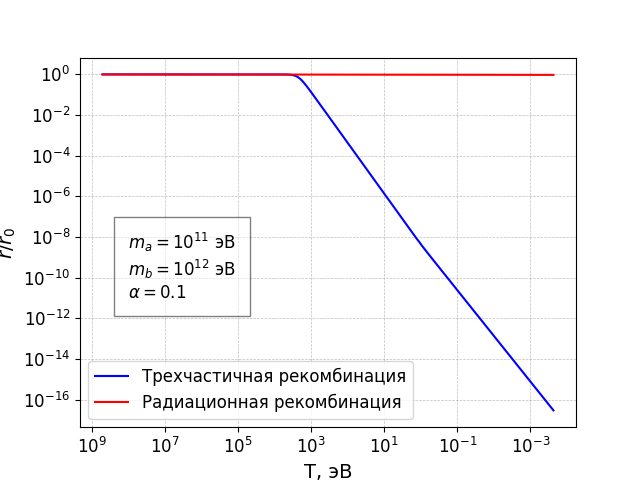
Repository: impermast/recombination
Script's output: python raschet/rec.py
An editor plug-in stored every save of this project. The script's output is shown before and after the next save, followed by the edit.
Random numbers start from a fixed seed.

Above is the script's output before, as saved 2023-05-17 15:57:30.

### raschet/rec.py

from math import gamma as Gamma
import numpy as np
from numpy import sqrt as sqrt
import matplotlib.pyplot as plt
from matplotlib import colors,ticker
from scipy import integrate
import seaborn as sns
import pandas as pd


#LOGIC -- 1 download data, else generate new
logic = 10
err=10**(-2)
#consts
#E ~ eV
ma = 100*10**9 #ev
mb = 1*10**12 #ev
alpha = 1/10 #none

beta = 14/5
sigma = 8*np.pi*(alpha/ma)**2/3
r0 = 4.7*10**(-13) #r T_rec
T0 = 2.35*10**(-4) #our time
m_pl = 1.22*10**(19+9) #plank mass ev
h_md = 3.08*10**(-14)  #from artile
t_rm = 1.2             #time of rd md transition
t_mod = 4.4*10**(17+16)/(6.582) #
I = ma*alpha*alpha/2 #ev Ionisation potential
mu = ma*mb/(ma+mb)  #reduced weight
s0 = (4*np.pi)**(2/5) *np.pi* (alpha/mu)**2 #coef in kramers
kappa = 43/345
B = alpha*mu/2
Ta = 0.2*10**6*(ma/(100*10**9))**(3/2)*(1/(100*alpha))
Tny = Ta*kappa**(-1/3)/sqrt(np.pi)

def g_s(T):
    return 2+2*8*(T>200*10**6)+ 7/8*(2*2*(T>0.5/3*10**6))+ 2*2*(T>100/3*10**6) + 2*2*(T>2/3*10**9) + 2*1*3*(T>=10**6)+2*1*3*4/11*(T<10**6)+ 2*2*3*2*(T>200*10**6) + 2*2*3*(T>200*10**6) + 2*2*3*(T>1.8/3*10**9) + 2*2*3*(T>4.5/3*10**9)+ 7/8*2*2*3*(T>171/3*10**9)
def g_e(T):
    return 2+2*8*(T>200*10**6)+ 7/8*(2*2*(T>0.5/3*10**6))+ 2*2*(T>100/3*10**6) + 2*2*(T>2/3*10**9) + 2*1*3*(T>=10**6)+ 2*1*3*(4/11)**(4/3)*(T<10**6)+ 2*2*3*2*(T>200*10**6) + 2*2*3*(T>200*10**6) + 2*2*3*(T>1.8/3*10**9) + 2*2*3*(T>4.5/3*10**9)+ 7/8*2*2*3*(T>171/3*10**9)


def H(t):
    # Hubble const on RD and MD from temperature
    if t < t_rm:
        #MD
        return h_md/m_pl**(1/2)
    else:
        return 5.5*np.sqrt(g_e(t_rm)/11)/m_pl


def lim_3b(x):
    """
    Function that calculs limit on 3body recombination density

    x(list):    Temperature of O-fotons

    return list of density of unrecombined particles
    """
    r_pit = (Ta**2/(x**4)) / ((4*np.pi*alpha)**3 *r0*(2*np.pi**2*g_s(x)/45)*sqrt(ma/mb))
    return r_pit


def heatplot(df):
    # heatplot of maximal denity for different model parameters
    sns.set_theme(style="dark")
    sns.set_style("ticks")
    fig, ax = plt.subplots(figsize=(9, 6))
    sns.heatmap(df, annot=True, linewidths=.5, ax=ax, cmap='coolwarm', cbar_kws={'label': 'Значения относительной плотности'})
    ax.set(xlabel=r'$m_a$, эВ', ylabel=r'$\alpha_y$', title='Относительная плотность прорекомбинировавших частиц для различных параметров модели')
    ax.xaxis.set_major_formatter(ticker.FuncFormatter(lambda x, pos: f'$10^{{{(x-0.5):.0f}}}$'))
    ylabels = ["{:0.1f}".format(float(item.get_text()))
                for item in ax.get_yticklabels()]
    xlabels = ["$10^{%0.0f}$"%(np.log10(float(item.get_text()))) for item in ax.get_xticklabels()]
    ax.set_yticklabels(ylabels)
    ax.set_xticklabels(xlabels)
    plt.xticks(rotation=0)

    # Add contour lines
    # x = np.arange(df.shape[1])
    # y = np.arange(df.shape[0])
    # X, Y = np.meshgrid(x, y)
    # levels = np.linspace(df.values.min(), df.values.max(), 10)
    # CS = ax.contour(X + 0.5, Y + 0.5, df.values, levels, colors='k')
    # ax.clabel(CS, inline=True, fontsize=10, fmt='%1.1f')
    # plt.show()

def kriteria(alp_range,m_range):
    """
    Creation of dataframe of maximal density of recombined particles from different alpha and ma (model parameters)

    dens(list):  2D massive of density data
    alp_range(list):    1D list of parameters alpha
    m_range(list):      1D list of electron mass parameter
    krit(list):         1D list of density, that used to find point where limit and 3body recombination density are equal

    create csv file of dataframe
    """
    dens = [0]*len(alp_range)
    dens1 = []
    k=0
    for alpha in alp_range:
        for ma in m_range:
            [T,rk,r3,rc,rlim] = calc(alpha,ma,mb)
            krit=[i for i, j in zip(r3, rlim) if abs(i-j)<err and i<0.1]
            try: dens1.append(float(-np.log(krit[-1])))
            except IndexError: dens1.append(0)
        dens[k]=dens1
        dens1=[]
        print("At ",k+1,"  itteration")
        k+=1
    df = pd.DataFrame(dens, index=alp_range,columns=m_range)
    df.to_csv('data.csv')

def calc(alpha,ma,mb):
    """
    Calculates the temperature-dependent rates for various processes.

    Args:
        I (float): Initial temperature of photons.
        T0 (float): Present-day temperature of photons.
        kappa (float): Ratio of photon number density to baryon number density.
        lim_3b (function): Function that calculates the three-body rate limit.
        t_rm (float): Time of radiation-matter equality.
        alpha (float): Fine-structure constant.
        ma (float): Mass of electron.
        mb (float): Mass of baryon.
        beta (float): Power law index.
        g_s (function): Function that calculates the entropy degrees of freedom.
        s0 (float): Present-day entropy density.
        m_pl (float): Planck mass.
        mu (float): Ratio of proton mass to electron mass.

    Returns:
        list: A list containing the temperature-dependent rates for various processes.
    """
    T = [] # Temperature of photons
    z = [] #redshift
    rk = [] # r for kramerz

    #after decouple of dphoton
    i = 0
    T = [(I)]
    z = [T[i]/T0 -1]
    rk = [1] #initial r=1 Kramers case
    r3b = [1] #3body case
    rcl = [1] #classical
    rlim =[lim_3b(T[i])] #pitevski lim

    #until O-photons decouple
    while T[i]>(I/10)*kappa**(-1/3):
        i = i+1
        T = T + [T[i-1]/2]
        rk = rk + [1]
        r3b = r3b+[1]
        rcl = rcl+[1]
        rlim = rlim + [lim_3b(T[i])]
        z.append(T[i]/T0 -1)

    # until RD MD transition
    j = i
    while T[i]>t_rm:
        i=i+1
        T = T + [T[i-1]*0.9]
        z.append(T[i]/T0 -1)
        rk = rk + [(1+4.71*10**8*r0*((np.log(np.sqrt(I*Ta/T[i])))**2-(np.log(np.sqrt(I*Ta/T[j])))**2))**(-1)]
        D = (2*np.pi**2*g_s(T[i])/45)**2 * (4*np.pi*alpha)**5 * (2*np.sqrt(ma)*Ta**(9/2)/mb) / H(T[i])
        r3b = r3b + [(1+ D*2/5*r0*r0*(T[i]**(-5)-I**(-5)))**(-1/2)]

        Dcl = Gamma(2-beta/2)*g_s(T[i])*s0*m_pl*(mu*Ta)**((beta-1)/2)/ ((beta-2)*2**((beta-3)/2)*np.sqrt(45*g_s(T[j])))
        rcl = rcl + [(1+Dcl*r0*(T[i]**(2-beta)-T[j]**(2-beta)))**(-1)]
        rlim = rlim + [lim_3b(T[i])]

    #until now
    j=i
    rk_rm=rk[j]
    r3b_rm = r3b[j]
    while T[i]>T0:
        i=i+1
        T = T + [T[i-1]*0.99]
        z.append(T[i]/T0 -1)
        rk = rk + [rk_rm*(1+1.7*10**9*rk_rm*r0*(T[j]**0.5*(np.log(np.sqrt(I*Ta/T[j]))+2)-T[i]**0.5*(np.log(np.sqrt(I*Ta/T[i]))+2)))**(-1)]
        D = (2*np.pi**2*g_s(T[i])/45)**2 * (4*np.pi*alpha)**5 * (2*np.sqrt(ma)*Ta**(9/2)/mb) / H(T[i])
        r3b = r3b +[r3b_rm*(1+D*r3b_rm*r3b_rm*r0*r0* 4/9 * (T[i]**(-9/2)-T[j]**(-9/2)))**(-1/2)]
        Dcl = Gamma(2-beta/2)*g_s(T[i])*s0*m_pl*(mu*Ta)**((beta-1)/2)/ ((beta-2.5)*2**((beta-3)/2)*np.sqrt(45*g_s(T[j])))/np.sqrt(t_rm)
        rcl = rcl + [rcl[j]*(1+Dcl*rcl[j]*r0*(T[i]**(2.5-beta)-T[j]**(2.5-beta)))**(-1)]
        rlim = rlim + [lim_3b(T[i])]

    return [T,rk,r3b,rcl,rlim]


def graphlim(T,rk,r3,rcl,rlim):
    # graphplotter used to plot r(T) graphs
    fig, ax = plt.subplots(1,1)
    ax.plot(T,r3,'b',label ="Трехчастичная рекомбинация")
    ax.plot(T,rlim, "--g",label ="Предел применимости")
    # ax.plot(T,r2,'g', label ="Радиационная рекомбинация")
    ax.set_xlabel('T, эВ', fontsize=14)
    ax.set_ylabel(r'$r/r_0$', fontsize=14)
    ax.set_xlim([10**7, 10**3])
    ax.set_ylim([10**(-10), 10**(8)])
    ax.text(10**(4.5), 10**(-7),
            r'$m_a = 10^{%0.0f}$ эВ'%(np.log10(ma))+"\n"+
            r'$m_b = 10^{%0.0f}$ эВ'%(np.log10(mb))+"\n"+
            r'$\alpha = $'+repr(alpha),
            fontsize=12, bbox={'facecolor': 'white', 'alpha': 0.5, 'pad': 10})

    ax.tick_params(labelsize=12)
    ax.grid(color='gray', linestyle='--', linewidth=0.5, alpha=0.5)
    ax.legend(fontsize=12)
    # ax.invert_xaxis()
    plt.semilogx()
    plt.semilogy()
    plt.show()
def graph(T,rk,r3,rcl,rlim):
    # graphplotter used to plot r(T) graphs
    fig, ax = plt.subplots(1,1)
    ax.plot(T,r3,'b',label ="Трехчастичная рекомбинация")
    # ax.plot(T,rlim, "--g",label ="Предел применимости")
    ax.plot(T,rk,'r', label ="Радиационная рекомбинация")
    ax.set_xlabel('T, эВ', fontsize=14)
    ax.set_ylabel(r'$r/r_0$', fontsize=14)
    # ax.set_xlim([10**8, 10**3])
    # ax.set_ylim([10**(-10), 10**(8)])
    ax.text(10**(8), 10**(-11),
            r'$m_a = 10^{%0.0f}$ эВ'%(np.log10(ma))+"\n"+
            r'$m_b = 10^{%0.0f}$ эВ'%(np.log10(mb))+"\n"+
            r'$\alpha = $'+repr(alpha),
            fontsize=12, bbox={'facecolor': 'white', 'alpha': 0.5, 'pad': 10})
    ax.tick_params(labelsize=12)
    ax.grid(color='gray', linestyle='--', linewidth=0.5, alpha=0.5)
    ax.legend(fontsize=12)
    ax.invert_xaxis()
    plt.semilogx()
    plt.semilogy()
    plt.show()

def main():
    alp_range = np.logspace(-1,3,10)
    m_range = np.logspace(16,21,10)
    if logic == 1:
        try:
            df = pd.read_csv('data.csv')
        except FileNotFoundError:
            print(u'Saved data not found')
            df = kriteria(alp_range,m_range)
    elif logic == 0:
        kriteria(alp_range,m_range)
    else:
        pass


    # df = pd.read_csv('data.csv', index_col=0)
    # heatplot(df)
    # print(df)

    [T,rk,r3,rcl,rlim] = calc(alpha,ma,mb)
    graph(T,rk,r3,rcl,rlim)


main()

After the next save:
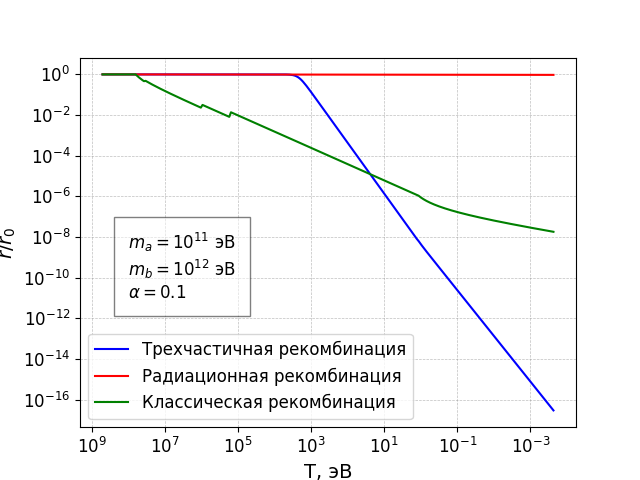
Saved 43 s later.
--- a/raschet/rec.py
+++ b/raschet/rec.py
@@ -218,6 +218,7 @@ def graph(T,rk,r3,rcl,rlim):
     ax.plot(T,r3,'b',label ="Трехчастичная рекомбинация")
     # ax.plot(T,rlim, "--g",label ="Предел применимости")
     ax.plot(T,rk,'r', label ="Радиационная рекомбинация")
+    ax.plot(T,rcl,'g', label ="Классическая рекомбинация")
     ax.set_xlabel('T, эВ', fontsize=14)
     ax.set_ylabel(r'$r/r_0$', fontsize=14)
     # ax.set_xlim([10**8, 10**3])
